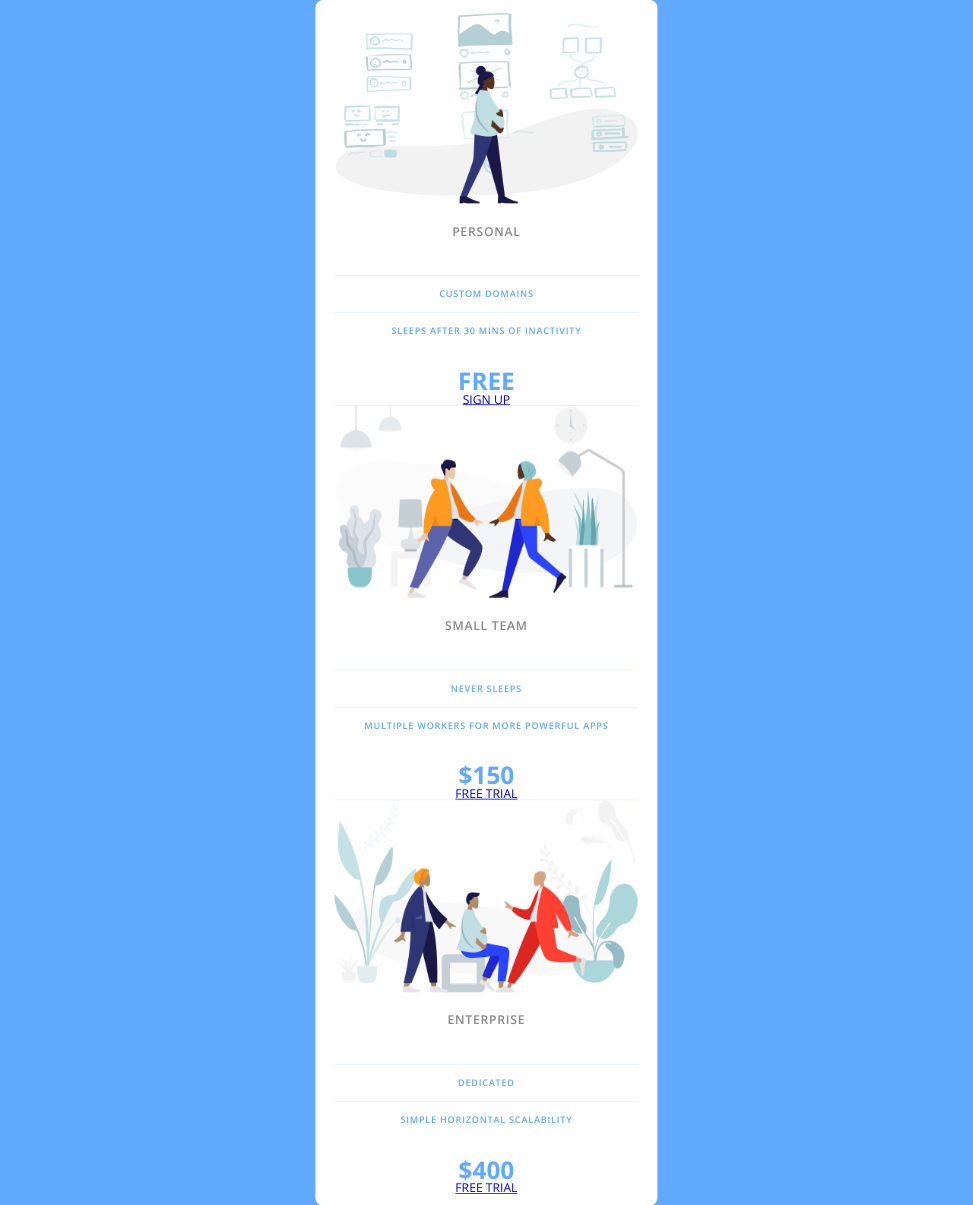
Repository: fatehailey/Pricing-Panel
Page: index.html
The author's editor kept a copy of each file at every save. The page is drawn from the files as they stood at one save, then again after a run of saves.
The browser window is 1280 px wide. The pictures show the whole page, at 76% of full size.

Above is the page before, as saved 2022-09-05 20:23:13.

### index.html
<!DOCTYPE html>
<html lang="en">

<head>
    <meta charset="UTF-8">
    <meta name="viewport" content="width=device-width, initial-scale=1.0">
    <title>Price Tiers</title>
    <link rel="stylesheet" href="https://fonts.googleapis.com/css?family=Open+Sans:400,600,700">
    <link rel="stylesheet" href="app.css">
</head>

<body>
    <div class="panel pricing-table">

        <div class="pricing-plan">
            <img src="icons/icon1.png" alt="" class="pricing-img">
            <h2 class="pricing-header">Personal</h2>
            <ul class="pricing-features">
                <li class="pricing-features-item">Custom domains</li>
                <li class="pricing-features-item">Sleeps after 30 mins of inactivity</li>
            </ul>
            <span class="pricing-price">Free</span>
            <a href="#/" class="pricing-button">Sign up</a>
        </div>

        <div class="pricing-plan">
            <img src="icons/icon2.png" alt="" class="pricing-img">
            <h2 class="pricing-header">Small team</h2>
            <ul class="pricing-features">
                <li class="pricing-features-item">Never sleeps</li>
                <li class="pricing-features-item">Multiple workers for more powerful apps</li>
            </ul>
            <span class="pricing-price">$150</span>
            <a href="#/" class="pricing-button is-featured">Free trial</a>
        </div>

        <div class="pricing-plan">
            <img src="icons/icon3.png" alt="" class="pricing-img">
            <h2 class="pricing-header">Enterprise</h2>
            <ul class="pricing-features">
                <li class="pricing-features-item">Dedicated</li>
                <li class="pricing-features-item">Simple horizontal scalability</li>
            </ul>
            <span class="pricing-price">$400</span>
            <a href="#/" class="pricing-button">Free trial</a>
        </div>

    </div>

</body>

</html>

### app.css
/* http://meyerweb.com/eric/tools/css/reset/
   v2.0 | 20110126
   License: none (public domain)
*/

html, body, div, span, applet, object, iframe,
h1, h2, h3, h4, h5, h6, p, blockquote, pre,
a, abbr, acronym, address, big, cite, code,
del, dfn, em, img, ins, kbd, q, s, samp,
small, strike, strong, sub, sup, tt, var,
b, u, i, center,
dl, dt, dd, ol, ul, li,
fieldset, form, label, legend,
table, caption, tbody, tfoot, thead, tr, th, td,
article, aside, canvas, details, embed,
figure, figcaption, footer, header, hgroup,
menu, nav, output, ruby, section, summary,
time, mark, audio, video {
	margin: 0;
	padding: 0;
	border: 0;
	font-size: 100%;
	font: inherit;
	vertical-align: baseline;
}
/* HTML5 display-role reset for older browsers */
article, aside, details, figcaption, figure,
footer, header, hgroup, menu, nav, section {
	display: block;
}
body {
	line-height: 1;
}
ol, ul {
	list-style: none;
}
blockquote, q {
	quotes: none;
}
blockquote:before, blockquote:after,
q:before, q:after {
	content: '';
	content: none;
}
table {
	border-collapse: collapse;
	border-spacing: 0;
}


html {
    box-sizing: border-box;
    font-family: 'Open Sans', sans-serif;
}
body{
    background-color: #60a9ff;
    display: flex;
    justify-content: center;
    align-items: center;
    min-height: 100vh;
}

.panel{
    background-color: white;
    border-radius: 10px;
    padding: 15px 25px;
    max-width: 960px;
    display: flex;
    flex-direction: column;
    text-align: center;
    text-transform: uppercase;
}

.pricing-plan:not(:last-child) {
    border-bottom: 1px solid #e1f1ff;
  }

.pricing-img {
    margin-bottom: 25px;
    width: 100%;
}

.pricing-header{
    color: #888;
    font-weight: 600;
    letter-spacing: 1px;
}

.pricing-features{
    margin: 50px 0 25px;
    color: #60a9ff;
}

.pricing-features-item{
    font-weight: 600;
    letter-spacing: 1px;
    font-size: 12px;
    line-height: 1.5;
    padding: 15px 0;
    border-top: 1px solid #e1f1ff;
}

.pricing-price{
    color: #60a9ff;
    display: block;
    font-size: 32px;
    font-weight: 700;
}

After the next 4 saves:
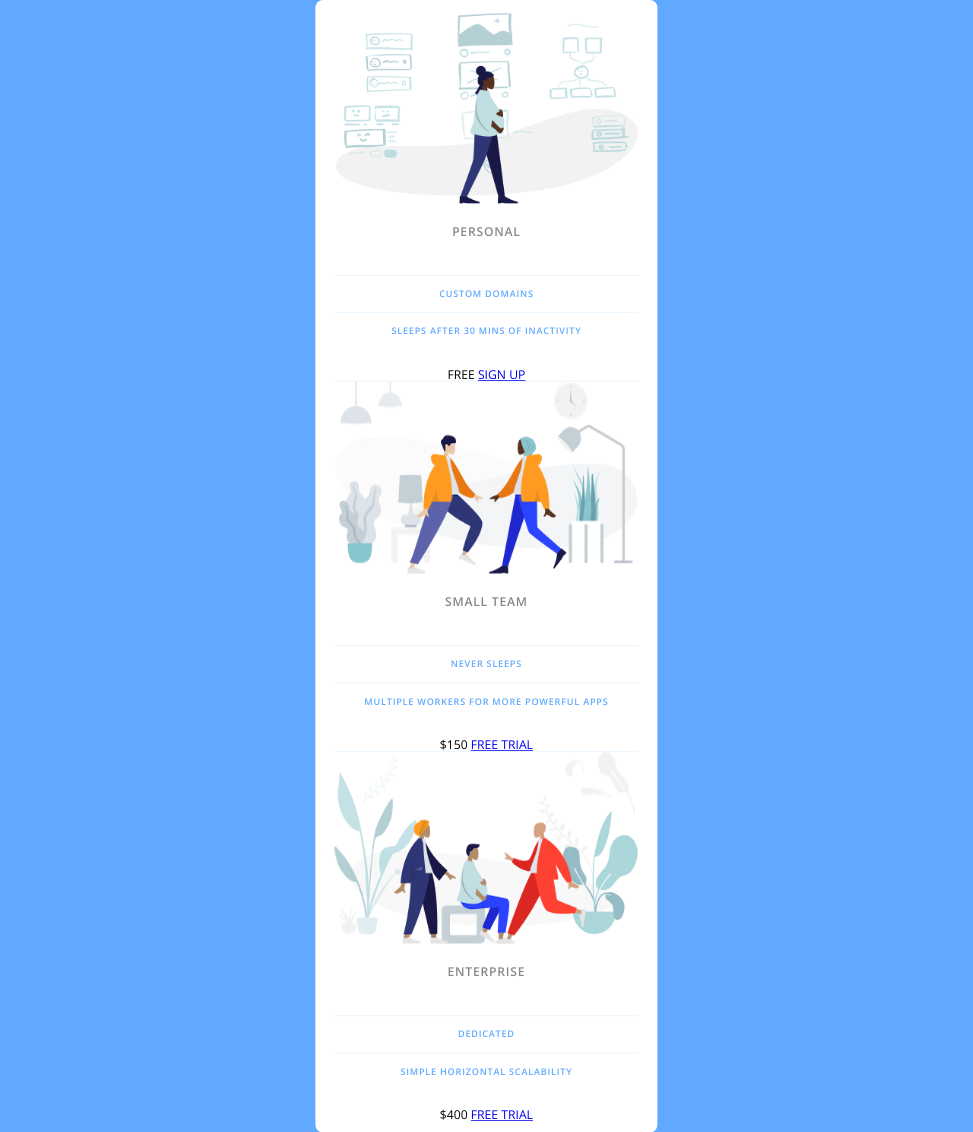
The 4 saves are shown as one change because they came seconds apart.
The last was saved 58 s later.
--- a/app.css
+++ b/app.css
@@ -100,6 +100,7 @@
     border-top: 1px solid #e1f1ff;
 }
 
+.pricing-features:
 .pricing-price{
     color: #60a9ff;
     display: block;

After the 2 saves that followed:
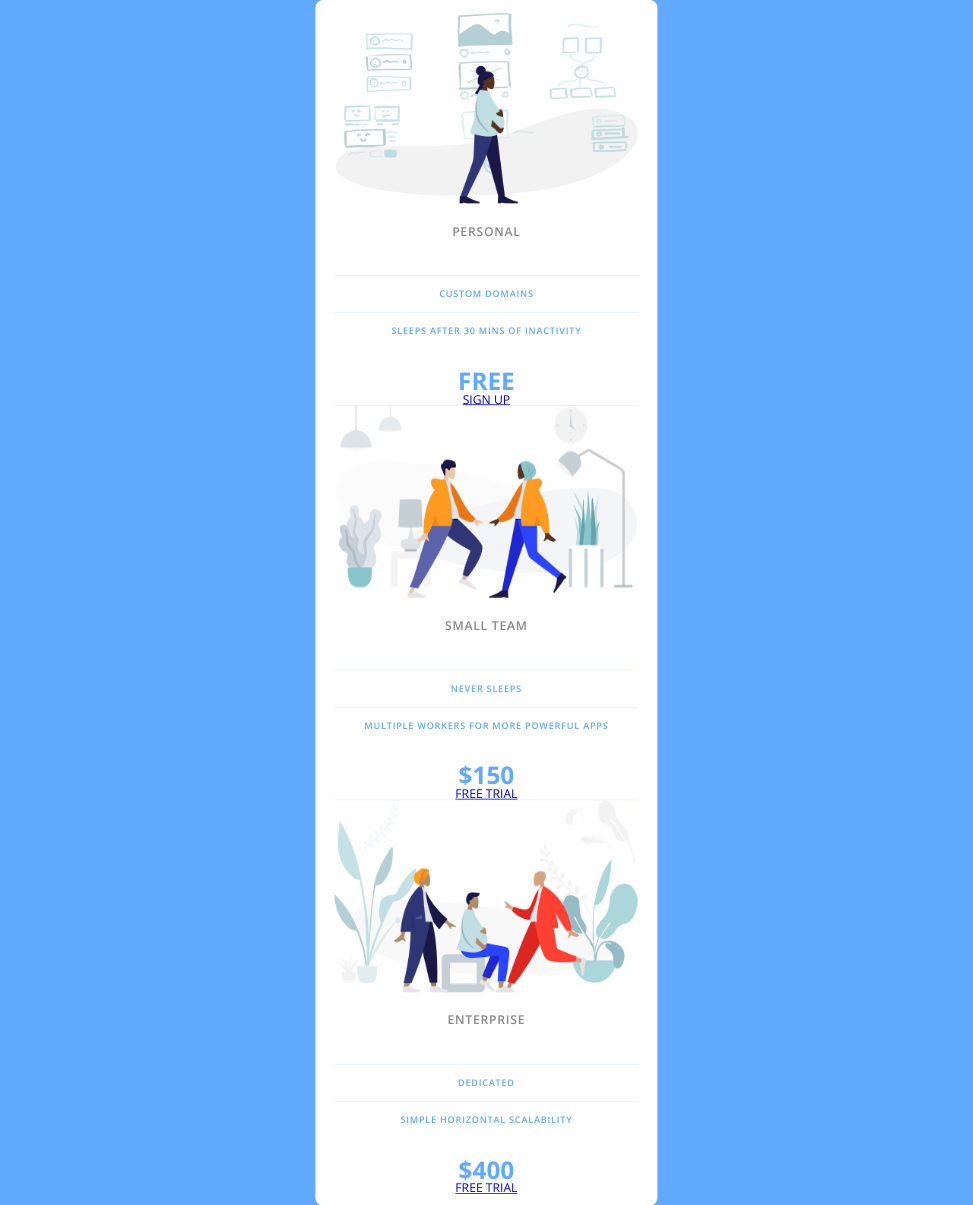
The 2 saves are shown as one change because 1 left the picture as it was.
The last was saved 29 s later.
--- a/app.css
+++ b/app.css
@@ -100,7 +100,9 @@
     border-top: 1px solid #e1f1ff;
 }
 
-.pricing-features:
+.pricing-features:last-child{
+
+}
 .pricing-price{
     color: #60a9ff;
     display: block;
